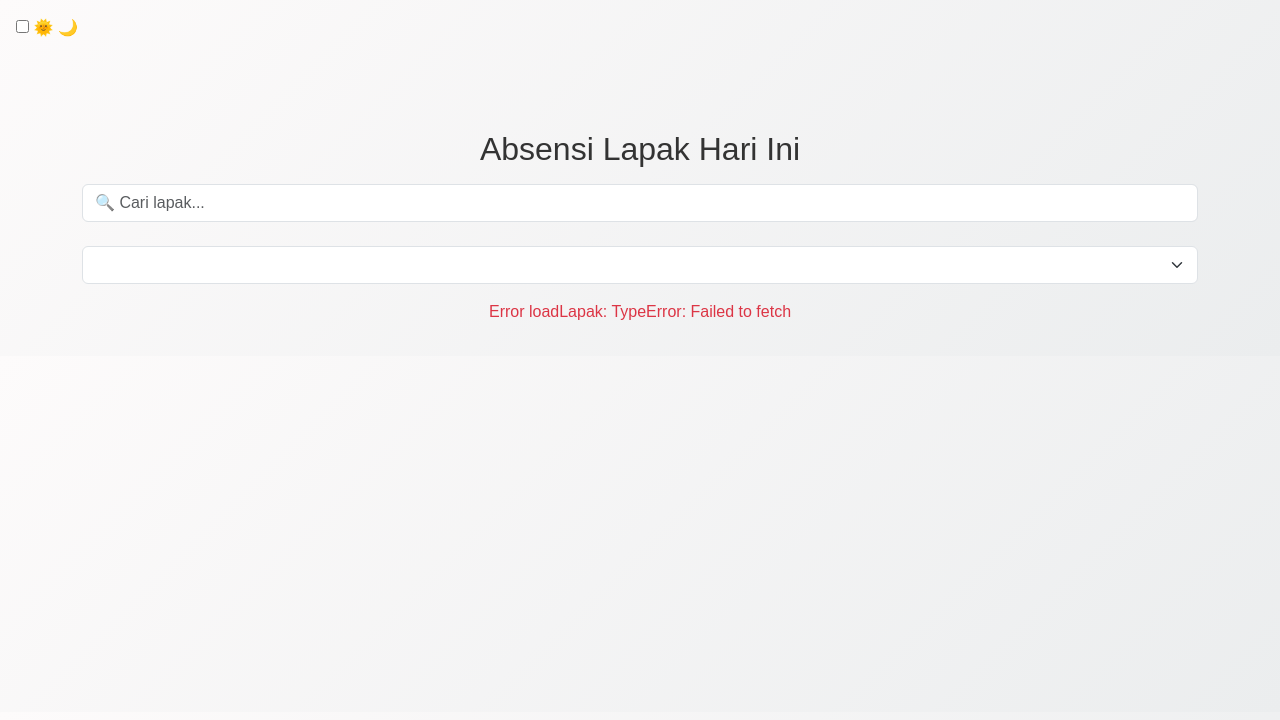
Repository: pasarrakyatbak/absensi
Page: index.html
The author's editor kept a copy of each file at every save. The page is drawn from the files as they stood at one save, then again after a run of saves.
The browser window is 1280 px wide. The pictures show the whole page.
The page's requests for data from a server got no answer.

Above is the page before, as saved 2025-09-22 18:39:37.

After the next 2 saves:
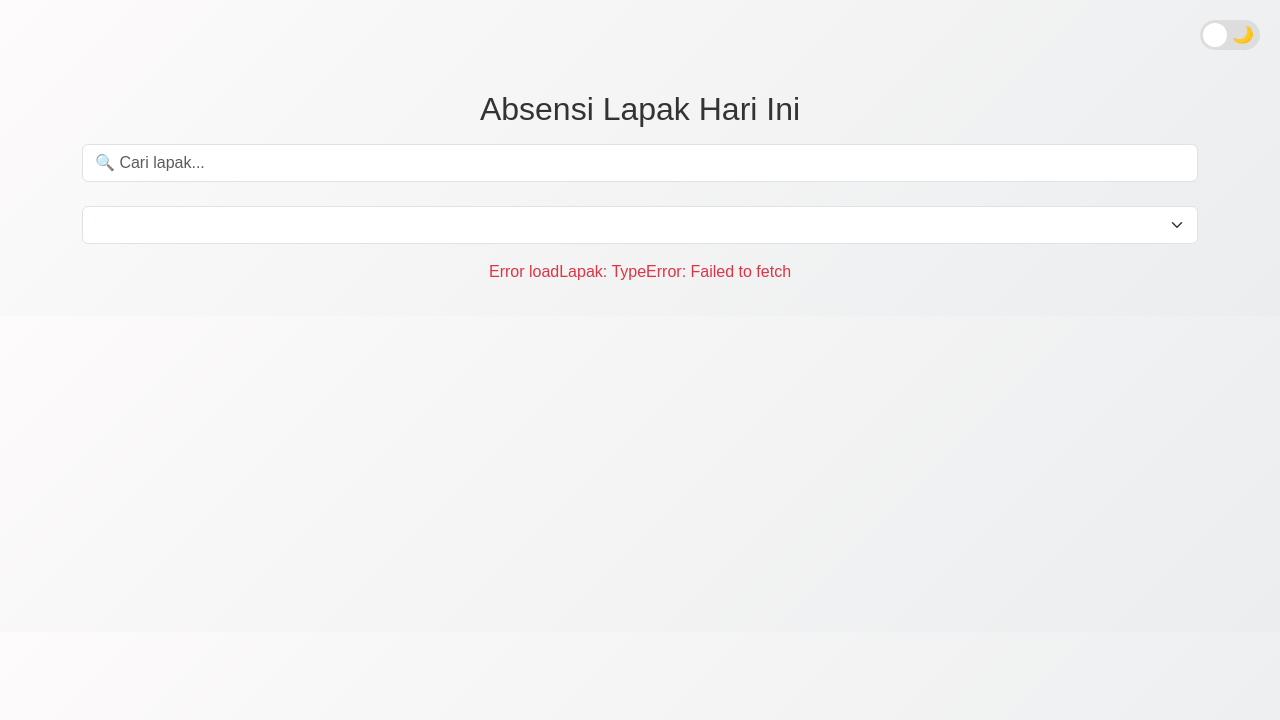
The 2 saves are shown as one change because they came seconds apart.
The last was saved 6 s later.
--- a/style.css
+++ b/style.css
@@ -295,8 +295,65 @@ body.dark #modalHapusBtn {
 }
 
 /* ================= TOGGLE DARK MODE ================= */
-/* ========== TOGGLE ========== */
-
+.dark-toggle {
+    position: fixed;
+    top: 20px;
+    right: 20px;
+    z-index: 1000;
+}
+
+.toggle-label {
+    position: relative;
+    width: 60px;
+    height: 30px;
+    background: #ddd;
+    border-radius: 50px;
+    display: flex;
+    align-items: center;
+    justify-content: space-between;
+    padding: 0 6px;
+    transition: background 0.3s ease;
+    cursor: pointer;
+}
+
+.toggle-label::before {
+    content: "☀️";
+    position: absolute;
+    left: 8px;
+    font-size: 16px;
+    transition: opacity 0.3s ease;
+}
+
+.toggle-label::after {
+    content: "🌙";
+    position: absolute;
+    right: 8px;
+    font-size: 16px;
+    transition: opacity 0.3s ease;
+}
+
+.toggle-ball {
+    width: 24px;
+    height: 24px;
+    border-radius: 50%;
+    background: white;
+    position: absolute;
+    left: 3px;
+    top: 3px;
+    transition: transform 0.3s ease;
+}
+
+input[type="checkbox"] {
+    display: none;
+}
+
+input:checked+.toggle-label {
+    background: #444;
+}
+
+input:checked+.toggle-label .toggle-ball {
+    transform: translateX(30px);
+}
 
 /* ================= SUMMARY CARDS ================= */
 .summary-cards {
